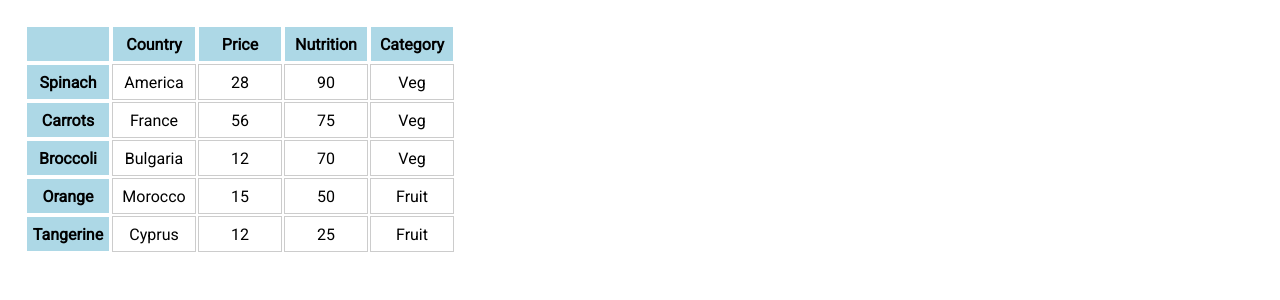
Repository: rory81/jquery
Page: index.html
The author's editor kept a record of every edit. The page is drawn from the files as they stood at one moment, then again after the next edit.
The browser window is 1280 px wide. The pictures show the whole page.

Above is the page before.

After the next edit:
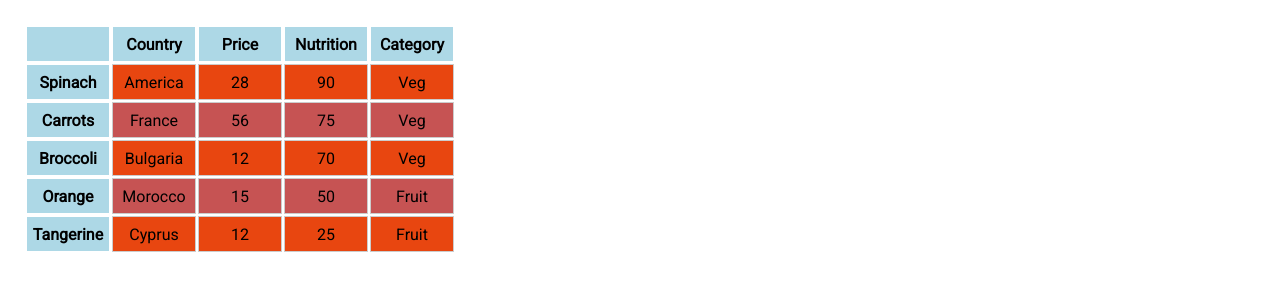
The edit:
--- a/index.html
+++ b/index.html
@@ -82,6 +82,8 @@
     </tr>
   </table>
   <script src="https://code.jquery.com/jquery-3.3.1.js" integrity="sha256-2Kok7MbOyxpgUVvAk/HJ2jigOSYS2auK4Pfzbm7uH60=" crossorigin="anonymous"></script>
+  <script type="text/javascript" src="js/myscript.js"></script>
+
 </body>
 
 </html>

After the edit that followed:
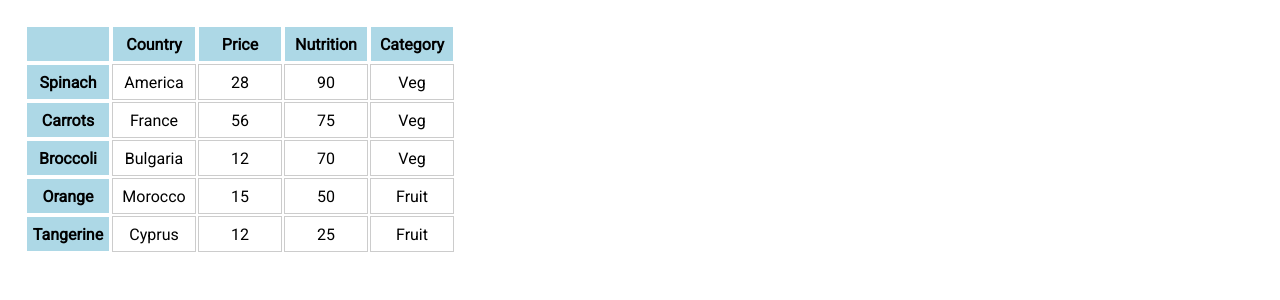
The edit:
--- a/index.html
+++ b/index.html
@@ -6,13 +6,6 @@
   <title>Table</title>
   <link href='https://fonts.googleapis.com/css?family=Roboto' rel='stylesheet' type='text/css'>
   <style>
-    .evenColor {
-      background-color: #C65353;
-    }
-
-    .oddColor {
-      background-color: #E84610;
-    }
 
     td,
     th {
